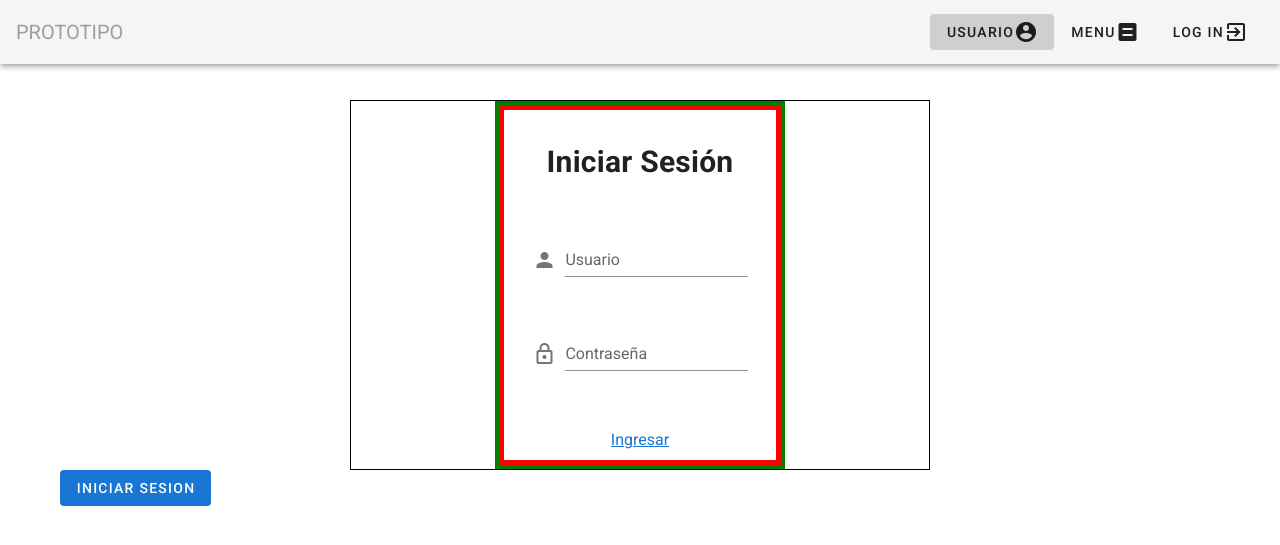
Repository: YojayDeHorta/Administrador-con-filtros
Page: /
The author's editor kept a copy of each file at every save. The page is drawn from the files as they stood at one save, then again after a run of saves.
The browser window is 1280 px wide. The pictures show the whole page.
The project was rebuilt for these pictures with package versions that can differ from the ones it lists, and the page was loaded fresh each time. Also part of the build but not shown: vue.config.js, src/components/Login.vue, src/views/Options.vue, src/components/Filtro.vue, src/components/CrudClientes.vue, src/views/Filter.vue.

Above is the page before, as saved 2021-09-25 16:58:49.

### public/index.html
<!DOCTYPE html>
<html lang="en">

<head>
    <meta charset="utf-8">
    <meta http-equiv="X-UA-Compatible" content="IE=edge">
    <meta name="viewport" content="width=device-width,initial-scale=1.0">
    <link rel="icon" href="<%= BASE_URL %>favicon.ico">
    <title>
        <%= htmlWebpackPlugin.options.title %>
    </title>
    <link rel="stylesheet" href="https://fonts.googleapis.com/css?family=Roboto:100,300,400,500,700,900">
    <link rel="stylesheet" href="https://cdn.jsdelivr.net/npm/@mdi/font@latest/css/materialdesignicons.min.css">
</head>

<body>
    <noscript>
        <strong>We're sorry but
            <%= htmlWebpackPlugin.options.title %> doesn't work properly without JavaScript enabled. Please enable it to continue.</strong>
    </noscript>
    <div id="app"></div>
    <!-- built files will be auto injected -->
</body>

</html>

### src/main.js
import Vue from 'vue'
import App from './App.vue'
import router from './router'
import store from './store'
import vuetify from './plugins/vuetify'
import axios from 'axios'
import VueAxios from 'vue-axios'

Vue.use(VueAxios, axios)

//lenguaje

Vue.config.productionTip = false
/*
new Vue({
  router,
  store,
  vuetify,
  render: h => h(App)
}).$mount('#app')*/

new Vue({
  router,
  store,
  vuetify,
  render: h => h(App),
  /*created() {
    // Prevent blank screen in Electron builds
    this.$router.push('/')
  }*/
}).$mount('#app')

### src/App.vue
<template>
  <v-app>
    <Navbar :adminVerification="adminVerification" @escuchar="cambioAdmin"></Navbar>
  <v-main>
    <!-- <Crud :adminVerification="adminVerification" ></Crud> -->

      <router-view/>
  </v-main>
  </v-app>
</template>

<script>
import Navbar from './components/Navbar';
export default {
  name: 'App',
  components: {
    Navbar,

  },mounted() {
    this.adminLocal()
  },
  data: () => ({
    drawer:false,
    adminVerification:false
  }),
  methods: {
    cambioAdmin(value){
      console.log("valor del padre"+value);
      this.adminVerification=value;

    },
    adminLocal(){
      if (sessionStorage.getItem("Admin")!=null) {
          this.adminVerification=localStorage.getItem("Admin")
      }
    }
  }
};
</script>

### src/router/index.js
import Vue from 'vue'
import VueRouter from 'vue-router'
import Login from '../views/Login.vue'
import Options from '../views/Options.vue'
import Filter from '../views/Filter.vue'

Vue.use(VueRouter)

const routes = [
  {
    path: '/',
    name: 'Login',
    component: Login
  },
  {
    path: '/options',
    name: 'Options',
    component: Options
  },
  {
    path: '/filter',
    name: 'Filter',
      // route level code-splitting
    // this generates a separate chunk (about.[hash].js) for this route
    // which is lazy-loaded when the route is visited.
    component: Filter
  },
  {
    path: '/cruds',
    name: 'Cruds',
    component: () => import(/* webpackChunkName: "about" */ '../views/Cruds.vue')
  }
]

const router = new VueRouter({
  mode: 'history',
  base: process.env.BASE_URL,
  routes
})

export default router

### src/components/Navbar.vue
<template>
    <v-container>
        <!-- navbar para la app -->
        <v-app-bar app>
            <!-- <v-app-bar-nav-icon @click="drawer= !drawer"></v-app-bar-nav-icon> -->
            <v-btn @click="$router.go(-1)" v-if="isNotLogin" exact text class="gray">
                <v-icon>mdi-arrow-left-circle</v-icon>
                <!-- <span>Volver</span> -->
            </v-btn>
            <v-toolbar-title class="text-uppercase grey--text">
                Prototipo
            </v-toolbar-title>
            <v-spacer></v-spacer>
            <!-- <v-btn text class="success mr-5">ingreso</v-btn> -->
            <v-btn :to="{name: 'Login'}" exact text class="gray">
                <span>Usuario</span>
                <v-icon>mdi-account-circle</v-icon>
            </v-btn>
            <v-btn :to="{name: 'Options'}" exact text class="gray">
                <span>Menu</span>
                <v-icon>mdi-equal-box</v-icon>
            </v-btn>
            <v-btn text @click="dialogAdmin=true" v-if="!adminVerification" class="gray">
                <span>Log in</span>
                <v-icon>mdi-login-variant </v-icon>
            </v-btn>
            <v-btn text @click="logout()" v-else class="gray">
                <span>Log out</span>
                <v-icon>mdi-home-export-outline </v-icon>
            </v-btn>
            <v-btn text @click="logout()" v-else class="gray">
                <span>Log out</span>
                <v-icon>mdi-home-export-outline </v-icon>
            </v-btn>
        </v-app-bar>
        <v-navigation-drawer app v-model="drawer" temporary>
            <v-list-item>
                <v-list-item-content>
                    <v-list-item-title class="text-h6">
                        vuetify
                    </v-list-item-title>
                    <v-list-item-subtitle>
                        prueba de modulos con vue
                    </v-list-item-subtitle>
                </v-list-item-content>
            </v-list-item>
            <v-divider></v-divider>
            <v-list nav dense>
                <v-list-item-group active-class="deep-purple--text text--accent-4">
                    <v-list-item :to="{name: 'Cruds'}">
                        <v-list-item-icon>
                            <v-icon>mdi-file-table</v-icon>
                        </v-list-item-icon>
                        <v-list-item-title>Crud</v-list-item-title>
                    </v-list-item>
                </v-list-item-group>
            </v-list>
        </v-navigation-drawer>
        <!-- dialog administrador -->
        <v-dialog v-model="dialogAdmin" max-width="500px">
            <v-card>
                <v-form @submit.prevent="submitAdmin">
                    <v-card-title><span class="text-h5">Iniciar sesion</span></v-card-title>
                    <v-card-text>
                        <v-container>
                            <v-row>
                                <v-col cols="12">
                                    <v-text-field v-model="admin.user" label="Usuario"></v-text-field>
                                </v-col>
                            </v-row>
                            <v-row>
                                <v-col cols="12">
                                    <v-text-field type="password" v-model="admin.pass" label="Password"></v-text-field>
                                </v-col>
                            </v-row>
                        </v-container>
                    </v-card-text>
                    <v-card-actions>
                        <v-spacer></v-spacer>
                        <v-btn color="red darken-1" text @click="dialogAdmin=false"> Cancelar </v-btn>
                        <v-btn color="blue darken-1" type="submit" text> Guardar </v-btn>
                    </v-card-actions>
                </v-form>
            </v-card>
        </v-dialog>
        <!-- SNACKBAR PARA LOS MENSAJES -->
        <v-snackbar v-model="snackbar">
            {{ mensaje }}
            <v-btn color="error" class="ml-5" @click="snackbar = false">cerrar</v-btn>
        </v-snackbar>
    </v-container>
</template>
<script>
import axios from 'axios'
var url = "http://localhost:3000/api/admin"

export default {
    name: 'Navbar',
    props: {
        adminVerification: null
    },
    data() {
        return {
            drawer: false,
            //dialog y datos para el admin
            dialogAdmin: false,
            admin: {
                user: '',
                pass: ''
            },
            //codigo del snackbar para mensajes
            snackbar: false,
            mensaje: '',
        }
    },
    methods: {
        async submitAdmin() {
            let res = await axios.post(url, this.admin)
            if (res.data) {
                this.$emit('escuchar', true)
                sessionStorage.setItem("Admin", true);
                this.admin.user = ''
                this.admin.pass = ''
                this.dialogAdmin = false
                this.snackbar = true
                this.mensaje = 'login realizado correctamente'
            } else {
                this.snackbar = true,
                    this.mensaje = 'error - usuario o contraseña incorrecta'
            }
        },
        logout() {
            this.$emit('escuchar', false)
            sessionStorage.removeItem('Admin')
            this.snackbar = true
            this.mensaje = 'cerrado de sesion realizado correctamente'
        },
        //para el volver

    },
    computed: {
        hasHistory() {
            this.historial = window.history.length
            console.log(this.historial);

            if (this.historial > 2) {
                return this.historial
            }
            return this.historial
        },
        isNotLogin() {
            return this.$route.name !== 'Login'
        }
    }
}
</script>
<style>
.caminos {
    background: red;
}
</style>

### src/views/Login.vue
<template>
    <v-container>
        <Tabs></Tabs>
        <v-btn :to="{name: 'Options'}" exact text class="primary"><span>Iniciar sesion</span></v-btn>
    </v-container>
</template>
<script>
import Tabs from '../components/Tabs_Login.vue';
export default {
    name: 'Home',

    components: {
      Tabs
    },
}
</script>

### src/components/Tabs_Login.vue
<template>
    <div class="Marco text-center">
        <!---
        <h1 class="Titulo text-center font-weight-bold text-h2 basil--text mt-5">
            BIENVENIDO<br>
            <v-icon class="Filtrar" style="font-size:100px">mdi-account-circle</v-icon>
        </h1>
    -->
        <section class="Marco-Login d-flex justify-center">
            <!--
            <v-card class="form-login" height="400px" style="width:400px">
            -->
            <v-form class="form-login text-center" @submit.prevent="submitAdmin">
                <v-card-title class="title d-flex justify-center" align="center">
                    <h2 style="width:200px" class="Titulo text-center mt-5">Iniciar Sesión</h2>
                </v-card-title>
                <v-card-text>
                    <v-container>
                        <br>
                        <v-row>
                            <v-col cols="12">
                                <v-text-field prepend-icon="mdi-account" label="Usuario"></v-text-field>
                            </v-col>
                        </v-row>
                        <v-row>
                            <v-col cols="12">
                                <v-text-field type="password" prepend-icon="mdi-lock-outline" label="Contraseña">
                                </v-text-field>
                            </v-col>
                        </v-row>
                    </v-container>
                </v-card-text>
                <v-card-actions class="d-flex justify-center">
                    <!--
                                         <v-btn x-large color="primary" type="submit"> Ingresar </v-btn>
                                    -->

                    <router-link to="/options">Ingresar</router-link>



                </v-card-actions>
            </v-form>
            <!--
            </v-card>
        -->
        </section>

    </div>
</template>
<style>
    .Titulo {
        /*border: 5px solid red;*/
        margin: auto;
        width: 100%;
    }

    .Marco {
        border: 1px solid black;
        width: 50%;
        margin: auto;
        /*background-color: grey;*/
    }

    .form-login {
        border: 5px solid red;
        /*width: 300px;*/
    }


    .Marco-Login {
        width: 50%;
        border: 4px solid green;
        margin: auto;
    }


</style>
<script>
    import Login from '../components/Login.vue';

    //import Sign from '../components/Registro.vue';
    export default {
        components: {
            Login,

        },
        data() {
            return {
                //tab: null,
                //num: 2,
                //items: [
                  //  'Inicio Sesion', 'Registro'
                //]
            }
        }
    }
</script>

Loaded but not shown: src/store/index.js (common file); src/plugins/vuetify.js (common file)

After the next 2 saves:
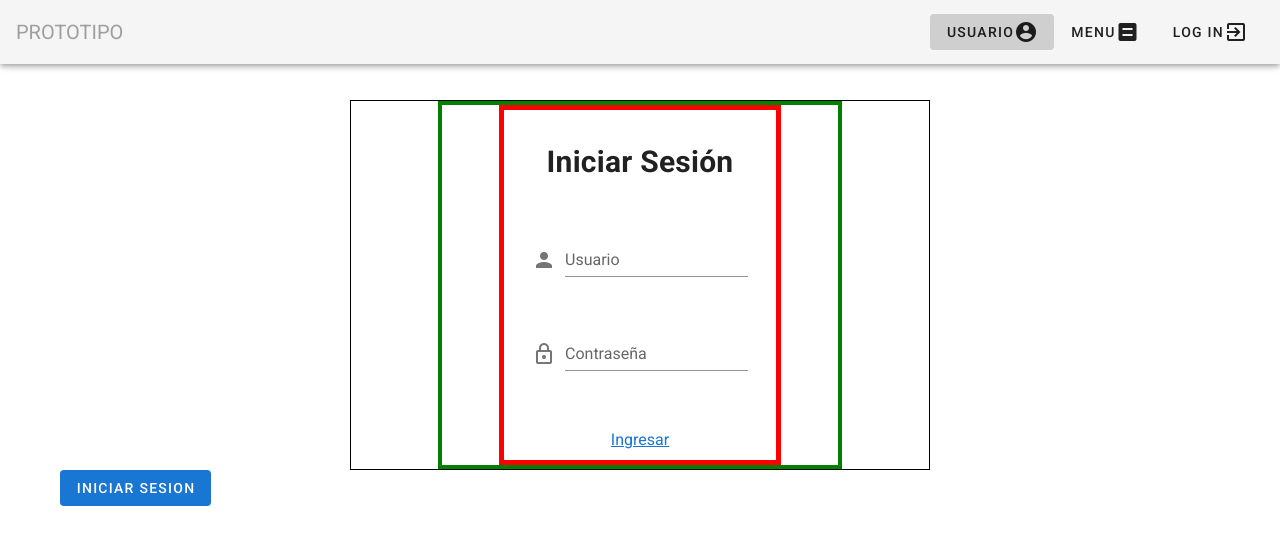
The 2 saves are shown as one change because they came seconds apart.
The last was saved 7 s later.
--- a/src/components/Tabs_Login.vue
+++ b/src/components/Tabs_Login.vue
@@ -69,7 +69,7 @@
 
 
     .Marco-Login {
-        width: 50%;
+        width: 70%;
         border: 4px solid green;
         margin: auto;
     }
